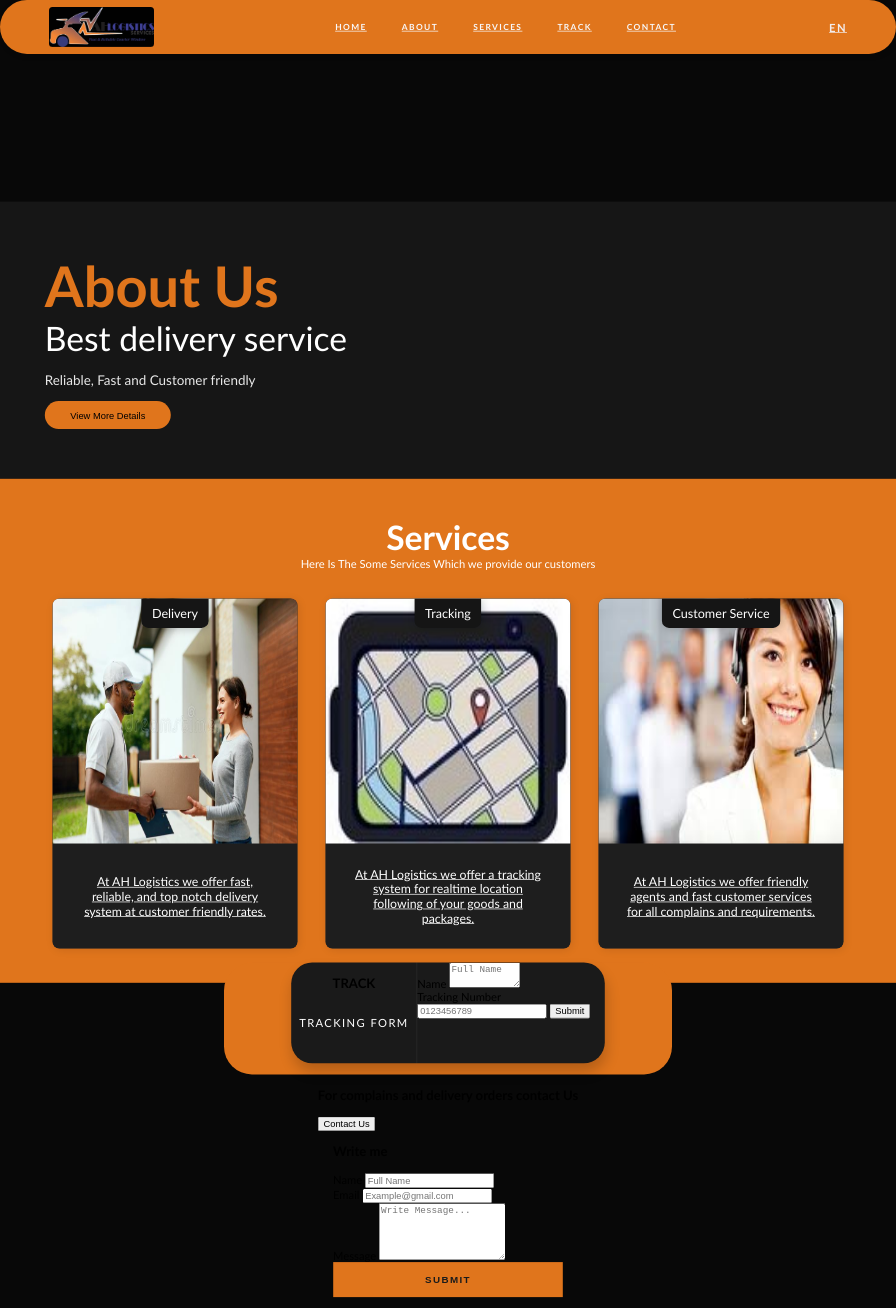
Repository: TheSecretlifeOfX/Ah-Logistics
Page: index.html
These files come from the project's save history. The page is drawn as it stood at one moment and after the next save; the edit follows.
The browser window is 1280 px wide. The pictures show the whole page, at 70% of full size.

Above is the page before, as saved 2022-03-02 15:08:07.

After the next save:
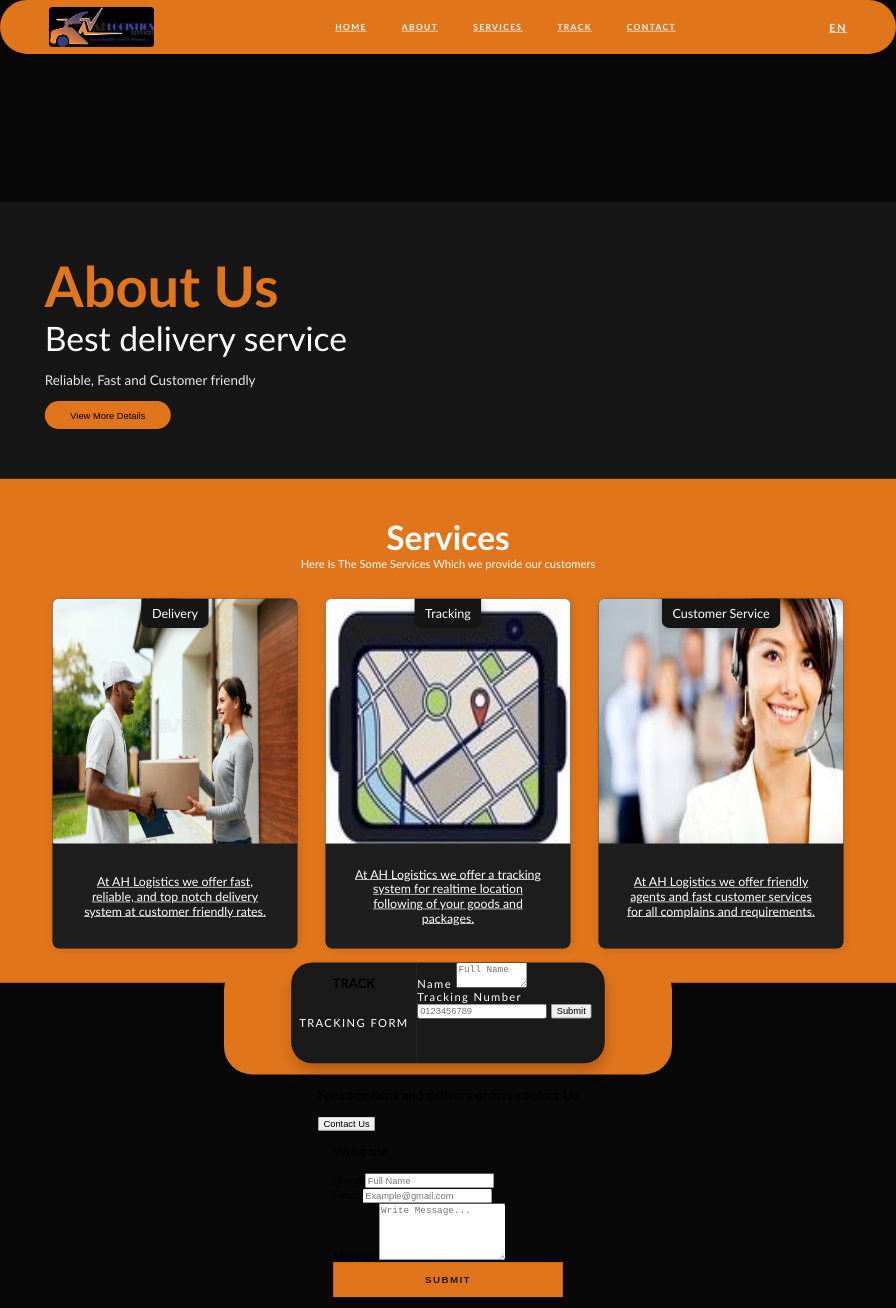
Saved 11 min 23 s later.
--- a/css/home.css
+++ b/css/home.css
@@ -272,3 +272,17 @@ body{
 			letter-spacing: 2px;
 			font-weight: 200;
 		}
+		.C-Name{
+			font-family: calibri;
+			color:#FFFFFF;
+			font-size: 1rem;
+			letter-spacing: 2px;
+			font-weight: 200;
+		}
+		.F-Num{
+			font-family: calibri;
+			color:#FFFFFF;
+			font-size: 1rem;
+			letter-spacing: 2px;
+			font-weight: 200;
+		}
